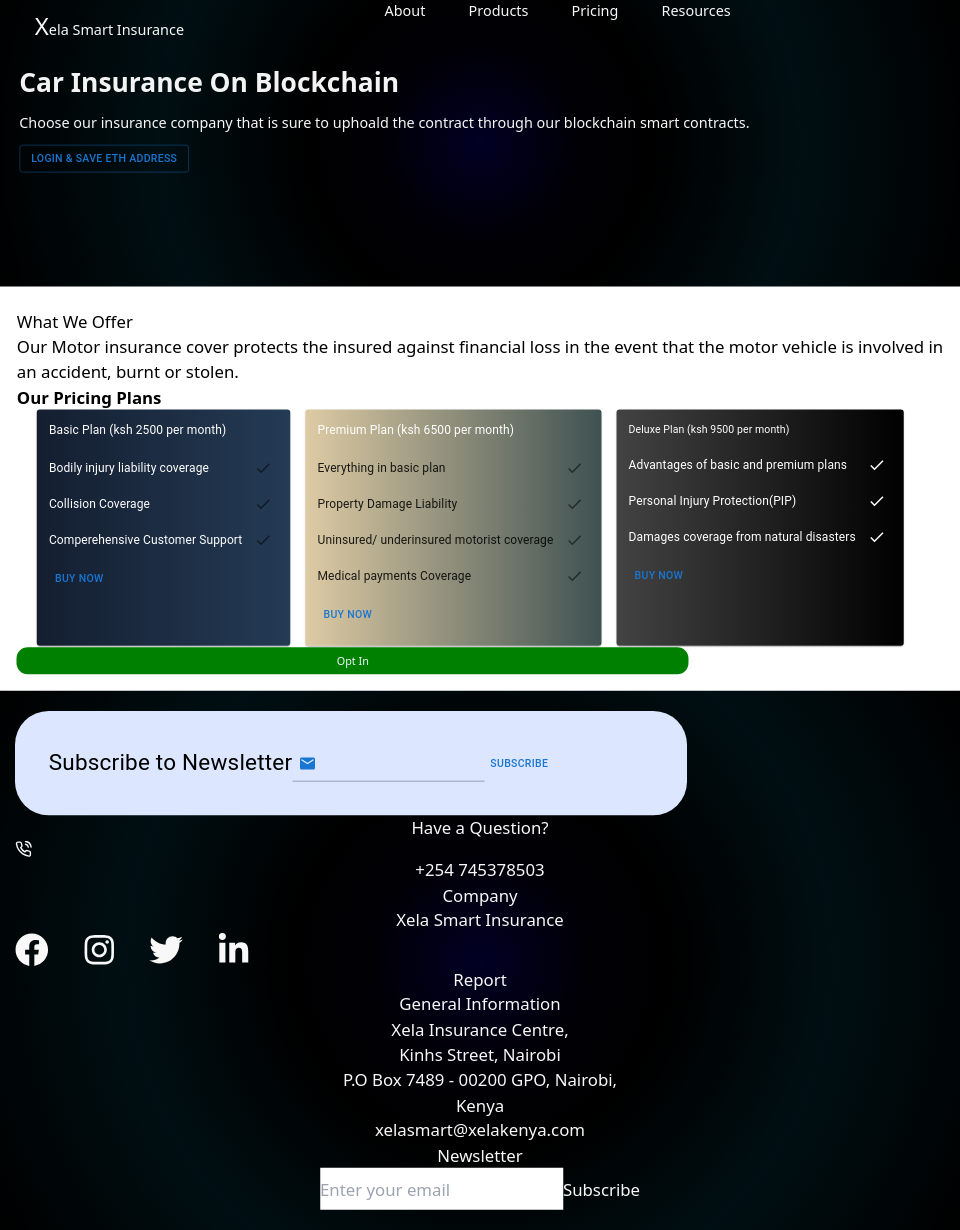
Repository: ALVIN-OBONYO/Xela-smart_insuarance
Page: / (app in frontend/)
These files come from the project's save history. The page is drawn as it stood at one moment and after the next save; the edit follows.
The browser window is 1280 px wide. The pictures show the whole page, at 75% of full size.
The project was rebuilt for these pictures with package versions that can differ from the ones it lists, and the page was loaded fresh each time. Also part of the build but not shown: frontend/src/Pages/Policies.jsx, frontend/src/Components/Calendar.css, frontend/src/Components/Calendar.jsx, frontend/src/Components/Input.js, frontend/src/Components/Upload.css, frontend/src/Components/Upload.js, frontend/src/Pages/ReportForm.jsx, frontend/src/Pages/Report.jsx and 2 more.

Above is the page before, as saved 2022-10-04 08:15:16.

### frontend/public/index.html
<!DOCTYPE html>
<html lang="en">
  <head>
    <meta charset="utf-8" />
    <link rel="icon" href="%PUBLIC_URL%/favicon.ico" />
    <meta name="viewport" content="width=device-width, initial-scale=1" />
    <meta name="theme-color" content="#000000" />
    <meta
      name="description"
      content="Web site created using create-react-app"
    />
    <link rel="apple-touch-icon" href="%PUBLIC_URL%/logo192.png" />
    <!--
      manifest.json provides metadata used when your web app is installed on a
      user's mobile device or desktop. See https://developers.google.com/web/fundamentals/web-app-manifest/
    -->
    <link rel="manifest" href="%PUBLIC_URL%/manifest.json" />
    <!--
      Notice the use of %PUBLIC_URL% in the tags above.
      It will be replaced with the URL of the `public` folder during the build.
      Only files inside the `public` folder can be referenced from the HTML.

      Unlike "/favicon.ico" or "favicon.ico", "%PUBLIC_URL%/favicon.ico" will
      work correctly both with client-side routing and a non-root public URL.
      Learn how to configure a non-root public URL by running `npm run build`.
    -->
    <title>React App</title>
  </head>
  <body>
    <noscript>You need to enable JavaScript to run this app.</noscript>
    <link
    href="https://unpkg.com/tailwindcss@^1.0/dist/tailwind.min.css"
    rel="stylesheet"
  />
  <script
    src="https://cdnjs.cloudflare.com/ajax/libs/web3/1.6.1/web3.min.js"
    integrity="sha512-5erpERW8MxcHDF7Xea9eBQPiRtxbse70pFcaHJuOhdEBQeAxGQjUwgJbuBDWve+xP/u5IoJbKjyJk50qCnMD7A=="
    crossorigin="anonymous"
    referrerpolicy="no-referrer"
  ></script>
    <div id="root"></div>
    <!--
      This HTML file is a template.
      If you open it directly in the browser, you will see an empty page.

      You can add webfonts, meta tags, or analytics to this file.
      The build step will place the bundled scripts into the <body> tag.

      To begin the development, run `npm start` or `yarn start`.
      To create a production bundle, use `npm run build` or `yarn build`.
    -->
  </body>
</html>

### frontend/src/index.js
import React from 'react';
import ReactDOM from 'react-dom/client';
import './index.css';
import App from './App';
import reportWebVitals from './reportWebVitals';
import { BrowserRouter } from 'react-router-dom';
const root = ReactDOM.createRoot(document.getElementById('root'));
root.render(
  <React.StrictMode>
     <BrowserRouter>
       <App />
    </BrowserRouter>
  </React.StrictMode>
);

// If you want to start measuring performance in your app, pass a function
// to log results (for example: reportWebVitals(console.log))
// or send to an analytics endpoint. Learn more: https://bit.ly/CRA-vitals
reportWebVitals();

### frontend/src/App.jsx
import './App.css';
import RoutePages from './Components/RoutePages';

function App() {
  return (
    <div className="App">
      <RoutePages/>
    </div>
  );
}

export default App;

### frontend/src/Components/RoutePages.jsx
import React from 'react'
import { Routes, Route} from 'react-router-dom'
import EntryPage from '../Pages/Entrypage'
import PolicyMaker from '../Pages/Policies'
import ReportForm from '../Pages/ReportForm'
import Report from '../Pages/Report'
import ReportInfo from '../Pages/ReportInfo'
import FormPagination from './FormPagination'
const RoutePages = () => {
    return (


   <Routes>

    <Route exact path="/" element={<EntryPage />} />
    <Route path="policy" element={<PolicyMaker />} />

    <Route path="report/2" element={<ReportForm/> } />
    <Route path="report/1" element={<ReportInfo />} />
    <Route path="report/*" element={<FormPagination />} />

   </Routes>


    )
}

export default RoutePages

### frontend/src/Pages/Entrypage.jsx
import React, {useState, useRef} from 'react'
import "../Components/Navbar.css"
import { FaTimes, FaBars, FaInstagram, FaTwitter, FaLinkedinIn, FaFacebook, } from 'react-icons/fa'
import {FiPhoneCall} from 'react-icons/fi'
import { Link} from 'react-router-dom'
import { loginWithEth } from '../Services/LoginWithEth'
import { truncateAddress } from '../Services/TruncateAddress'
import Web3 from 'web3'
import { getContractSymbol } from '../Services/Contract'
import TextField from '@mui/material/TextField'
import Button from "@mui/material/Button"
import FormGroup from "@mui/material/FormGroup"
import PlanCard from "../Components/Cards"
import EmailIcon from "@mui/icons-material/Email"
import { IconButton, InputAdornment } from '@mui/material'
import Typography from '@mui/material/Typography'
const Entrypage = () => {
        const [navButton, setNavButton] = useState(false)
        const [policy, setPolicy] = useState("")
        const switchNavState = () => setNavButton(!navButton)
        const buttonLogout = useRef(null)
        const yourAddress = useRef()
        window.userAddress = null



        window.onload = async () => {
            if (window.ethereum) {
                window.web3 = new Web3(window.ethereum)
            } else {
                alert("No ETH browser extension detected.")
            }
        }

        function showAddress() {
          if (!window.userAddress) {
            yourAddress.current.innerText = ""
            buttonLogout.current.classList.add("hidden")
             return false
        }

        yourAddress.innerText = `ETH Address: ${truncateAddress(window.userAddress)}`
        buttonLogout.classList.remove("hidden")
    }

         function logout() {
            window.userAddress = null
            window.localStorage.removeItem(buttonLogout)
            showAddress()
}

    return (
        <>
        <header>
        <nav id="my-nav">
        <h1 className='brand'><span className='X'>X</span>ela Smart Insurance</h1>
        <div className='toogleNav' onClick={switchNavState} >{navButton ?
        <div id="bars">

            <FaBars size="2.5em"/>
            </div> :
            <div className = "navflex">
            <div id="times">
                <FaTimes />
                </div>
            <h4>About</h4>
            <h4>Products</h4>
            <h4>Pricing</h4>
            <h4>Resources</h4>
            </div>

}
        </div>
        <div className='nav-section'>
            <h4>About</h4>
            <h4>Products</h4>
            <h4>Pricing</h4>
            <h4>Resources</h4>
        </div>
        </nav>
        <section className="top-descr" id='top'>
            <h1 id="top-h3">Car Insurance On Blockchain</h1>
            <p id="top-pg">Choose our insurance company that is sure to uphoald the contract through our blockchain smart contracts.</p>
            <div id="policy-sec">
                {/* <FormGroup row >
               <TextField
                variant="outlined"
                placeholder='Enter your policy number'
                sx={{
                    borderRadius: 0,
                    padding: 0
                }}
                />
                <Button variant="contained" sx={{
                    borderRadius: 0,
                    padding: "6px"
                }}>Verify</Button>
                    </FormGroup> */}

            <Button variant="outlined" onClick={loginWithEth}>Login & Save ETH Address
                </Button>
                <p id="userAddress" className="text-gray-600" ref={yourAddress}></p>
                <button id="logoutButton" onClick={logout} className="hidden text-blue-500 underline" ref={buttonLogout}>Logout</button>
                           </div>
        </section>
        </header>
        <div className='about-descr' id="descr">
            <h2>What We Offer</h2>
            <p>
            Our Motor insurance cover protects the insured against financial loss in the event that the motor vehicle is involved in an accident, burnt or stolen.</p>

            <p>


<b>Our Pricing Plans</b>
</p>
<PlanCard />
            <Link to="/policy"><button id="buy-policy" onClick={getContractSymbol}>Opt In</button></Link>
        </div>
        <div id="land-footer">
            <div className="news-mail">
                <Typography sx={{fontSize: 30}}>Subscribe to Newsletter</Typography>

                     <TextField
                       variant="standard"
                       id='input-with-icon-textfield'
                       InputProps={{
                        startAdornment: (
                            <InputAdornment position="start">
                                <IconButton edge="end" color='primary'>
                                    <EmailIcon />
                                </IconButton>

                            </InputAdornment>
                        )
                       }}

                       />
                        <Button>Subscribe</Button>

            </div>
            <div>
            <h2>Have a Question?</h2>
             <h3><FiPhoneCall /> <span>+254 745378503</span></h3>
             <h2>Company</h2>
             <h3>Xela Smart Insurance</h3>
             <div id="social-icons">
               <FaFacebook size="2em"/>
               <FaInstagram size="2em"/>
               <FaTwitter size="2em"/>
               <FaLinkedinIn size="2em"/>
             </div>
             <div>
                <Link to="/report/1">Report</Link>
                <h2>General Information</h2>
                <h4>Xela Insurance Centre,</h4>
                <h4>Kinhs Street, Nairobi</h4>
                <h4>P.O Box 7489 - 00200 GPO, Nairobi,</h4>
                <h4>Kenya</h4>
                <h4>xelasmart@xelakenya.com</h4>
                <h2>Newsletter</h2>
                <input type="text" placeholder="Enter your email" />
                <button>Subscribe</button>
             </div>
            </div>
        </div>
        </>
    )
}

export default Entrypage

### frontend/src/Components/Navbar.css
nav {
    width: 100vw;
    display: flex;
    justify-content: flex-start;
    align-items: flex-start;
}

.brand {
    flex-grow: 1;
    text-align: start;
    padding-left: 2.9rem;
    margin-top: 0.6rem;
    font-size: 1.2rem;
}

.X {
    font-size: 2rem;

}
.nav-section {
    display: flex;
    flex-grow: 1;
    gap: 3em;
    font-size: 1.2rem;
    padding-right: 2em;
    justify-content: flex-start;
    align-items: center;
}
.top-descr  {
    margin-top: 0;
    padding: 1em;
    text-align: justify;
    font-size: 1.6rem;
    height: 45vh;

}


#descr {
    margin-top: 0.5rem;
    padding: 1em;
    text-align: justify;
    font-size: 1.4rem;

}

#top > h1 {
    font-size: 2.2rem;
    font-weight: 700;
    color: rgba(255, 255, 255, 0.952);
    margin-bottom: 0.4em;

}
header {
    background: rgb(2,0,36);
background: radial-gradient(circle, rgba(2,0,36,1) 0%, rgba(1,0,5,1) 20%, rgba(0,0,0,1) 35%, rgba(0,15,19,1) 64%, rgba(0,0,0,1) 100%);
    color: rgb(248, 248, 248);
}


#top-pg {

    font-size: 1.2rem;
    margin-bottom: 0.9rem;
}
#policy-sec {
    display: flex;
    gap: 0.8em;

}
input[type=text] {
    flex-grow: 1;
    height: 2.5em;
}
#btn-policy {
    background-color: rgb(0, 39, 90);
    flex-grow: 1;
    color: wheat;
    border: none;
    margin-top: 0.8em;
    border-radius: 5px;
    padding: 0.6rem;
    font-size: 1.4rem;
    font-weight: 500;

}
#buy-policy {
    width: 70vw;
    height: 2.5em;
    border: none;
    background-color: #008000;
    color:aliceblue;
    font-size: 0.9rem;
    border-radius: 15px;
}
#social-icons {
    display: flex;
    gap: 2em;
}
#land-footer {
    background: rgb(2,0,36);
    background: radial-gradient(circle, rgba(2,0,36,1) 0%, rgba(1,0,5,1) 20%, rgba(0,0,0,1) 35%, rgba(0,15,19,1) 64%, rgba(0,0,0,1) 100%);
    color: rgb(248, 248, 248);
    position: relative;
    padding: 1.2em  0.9em;
    font-size: 1.4rem;
    /* display: flex;
    justify-content: center;
    align-items: center; */
}

.news-mail {
    display: flex;
    background-color: rgb(220, 230, 255);
    color: rgb(0, 0, 0);
    flex-direction: row;
    flex-wrap: wrap;
    padding: 2em;
    max-width: 70vw;
    border-radius: 2em;
    align-self: center;

}
.navflex {
    display: flex;
    flex-direction: column;
    justify-content: center;
    align-items: center;
    gap: 2em;
    background-color: rgba(19, 20, 27, 0.918);
    color: white;
    width: 100vw;
    height: 100vh;
    right: 0;
    top: 0;
    position: absolute;
    text-transform: uppercase;
    /* animation-name: ${navanim}; */
}
@media screen and (max-width: 600px){
   .nav-section {

      display: none;
   }


}

@media screen and (min-width: 600px){
    .toogleNav {
        display: none;
        padding: 1.3em;
    }
}

### frontend/src/Services/LoginWithEth.js
import { showAddress } from "./showAddress";
export async function loginWithEth() {
    if (window.web3) {
        try {
            const selectedAccount = await window.ethereum.request({
                method: "eth_requestAccounts"
            })
            .then((accounts) => accounts[0])
            .catch(() => {
                throw Error("No account selected!")
            })

          window.userAddress = selectedAccount;
          window.localStorage.setItem("userAddress", selectedAccount);
        //   showAddress()
        }
        catch (error) {
            console.error(error)
        }
    } else {
        alert("No ETH browser extension detected.");
    }
}

### frontend/src/Services/TruncateAddress.js
export function truncateAddress(address) {
    if (!address) {
        return "";
    }
    return `${address.substr(0, 5)}...${address.substr(
        address.length - 5,
        address.length
      )}`;
}

### frontend/src/Services/Contract.js
window.ABI = require('./contract-abi.json')
export async function getContractSymbol() {
    const CONTRACT_ADDRESS = "0x1A5b30a61CED9B4D9c209E7F1d2fbD38657f8EB1"

    const contract = new window.web3.eth.Contract(
        window.ABI,
        CONTRACT_ADDRESS
    )

    const symbol = await contract.methods.symbol().call({
        from: window.userAddress    })

    alert(`Contract ${CONTRACT_ADDRESS} Symbol: ${symbol}`);
}

### frontend/src/Components/Cards.jsx
import * as React from 'react'
import Box from '@mui/material/Box'
import Card from '@mui/material/Card'
import CardActions from '@mui/material/CardActions'
import CardContent from '@mui/material/CardContent'
import Button from '@mui/material/Button'
import Typography from '@mui/material/Typography'
import {MdDone} from 'react-icons/md'
import List from '@mui/material/List'
import ListItem from '@mui/material/ListItem'
import ListItemText from '@mui/material/ListItemText'
import  IconButton  from '@mui/material/IconButton'

const planValues = [
    {id: 1, text: "Bodily injury liability coverage"},
    {id: 2, text: "Collision Coverage"},
    {id: 3, text: "Comperehensive Customer Support"}

]

const premium = [
    {id: 1, text: "Everything in basic plan"},
    {id: 2, text: "Property Damage Liability"},
    {id: 3, text: "Uninsured/ underinsured motorist coverage"},
    {id: 3, text: "Medical payments Coverage"},
]

const deluxe = [
    {id: 1, text: "Advantages of basic and premium plans"},
    {id: 2, text: "Personal Injury Protection(PIP)"},
    {id: 3, text: "Damages coverage from natural disasters"},

]
const PlanCard = () => {
    return (
        <Box sx={{ display: "flex", mx: "1.2em", flexDirection: "row", flexWrap: "wrap", gap: "0.9em"}}>
        <Card sx={{background: 'linear-gradient(to right, #141e30, #243b55)', color: 'white'}}>
        <CardContent>
            <Typography sx={{ fontSize: 16}} color="text.primary             " gutterBottom>
                Basic Plan   (ksh 2500 per month)
            </Typography>
            <List sx={{ width: '100%'}}>
                {planValues.map((elem)=> (
                <ListItem key={elem.id} disableGutters secondaryAction={
                    <IconButton>
                        <MdDone />
                    </IconButton>
                }>
                <ListItemText primary={elem.text} />
                </ListItem>
                ))}
            </List>
            <Button>Buy Now</Button>
        </CardContent>
        </Card>
        <Card sx={{background: "linear-gradient(to right, #DECBA4, #3E5151)"}}>
        <CardContent>
            <Typography sx={{ fontSize: 16}} color="white" gutterBottom>
                Premium Plan   (ksh 6500 per month)
            </Typography>
            <List sx={{ width: '100%'}}>
                {premium.map((elem)=> (
                <ListItem key={elem.id} disableGutters secondaryAction={
                    <IconButton>
                        <MdDone />
                    </IconButton>
                }>
                <ListItemText primary={elem.text} />
                </ListItem>
                ))}
            </List>
            <Button>Buy Now</Button>
        </CardContent>
        </Card>
        <Card sx={{background: "linear-gradient(to right, #434343 0%, black 100%)", color: "white"}}>
        <CardContent>
            <Typography sx={{ fontSize: 14}} color="white" gutterBottom>
                Deluxe Plan   (ksh 9500 per month)
            </Typography>
            <List sx={{ width: '100%'}}>
                {deluxe.map((elem)=> (
                <ListItem key={elem.id} disableGutters secondaryAction={
                    <IconButton>
                        <MdDone color="white"/>
                    </IconButton>
                }>
                <ListItemText primary={elem.text} />
                </ListItem>
                ))}
            </List>
            <Button>Buy Now</Button>
        </CardContent>
        </Card>
        </Box>
    )
}

export default PlanCard

Loaded but not shown: frontend/src/index.css (common file); frontend/src/reportWebVitals.js (common file); frontend/src/App.css (common file); frontend/src/Services/contract-abi.json (501 lines, source omitted); frontend/src/Services/showAddress.js (no stored copy; drawn as an empty file)

After the next save:
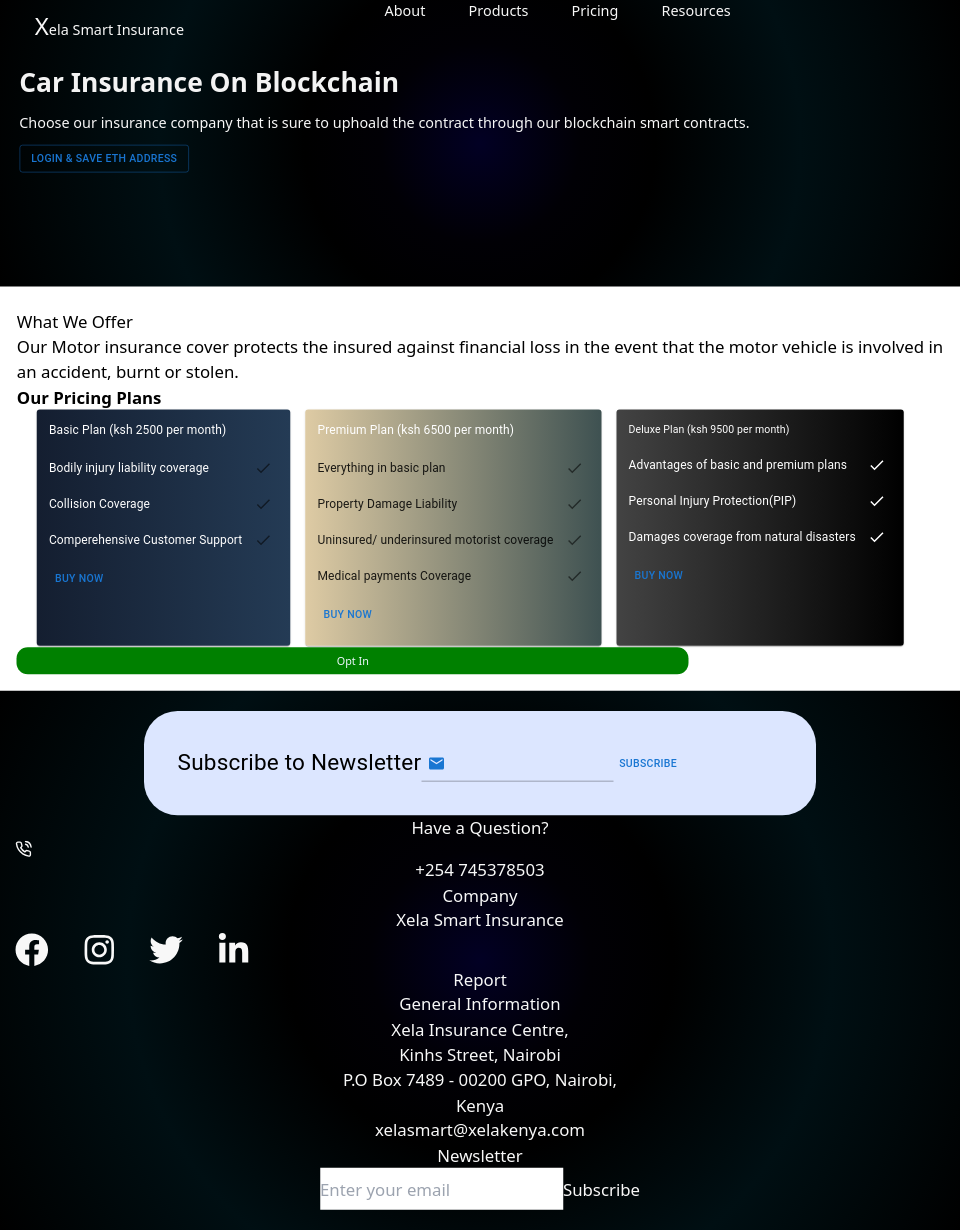
Saved 20 s later.
--- a/frontend/src/Components/Navbar.css
+++ b/frontend/src/Components/Navbar.css
@@ -118,7 +118,7 @@ input[type=text] {
     padding: 2em;
     max-width: 70vw;
     border-radius: 2em;
-    align-self: center;
+    margin: auto;
 
 }
 .navflex {
